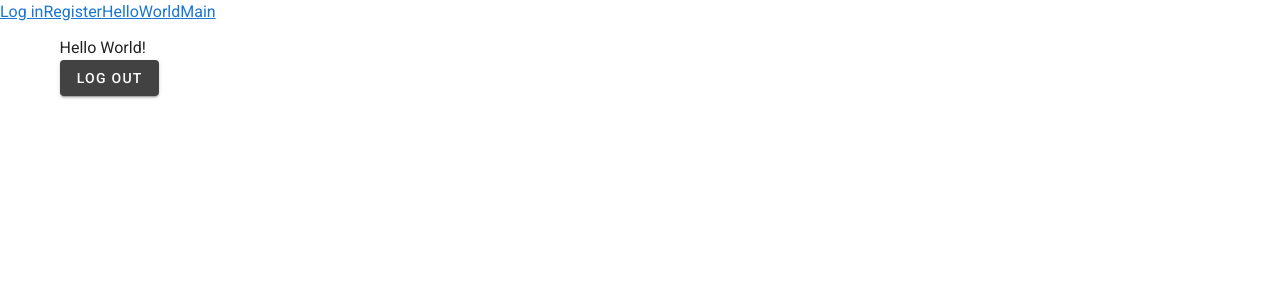
Repository: pao741/vue-todo
Page: /
These files come from the project's save history. The page is drawn as it stood at one moment and after the next save; the edit follows.
The browser window is 1280 px wide. The pictures show the whole page.
The page's requests for data from a server got no answer. The project was rebuilt for these pictures with package versions that can differ from the ones it lists, and the page was loaded fresh each time. No one was signed in, and anything a server would have sent is missing. Also part of the build but not shown: vue.config.js, src/components/Login.vue, src/components/Register.vue, src/components/HelloWorld.vue.

Above is the page before, as saved 2021-02-08 17:30:22.

### src/main.js
import Vue from 'vue';
// import Vuex from 'vuex';
// import VueRouter from 'vue-router';
import App from './App.vue';
import vuetify from './plugins/vuetify';
import firebase from 'firebase';
import router from './router';

import 'vuetify/dist/vuetify.min.css';

const firebaseConfig = {
  apiKey: 'AIzaSyDDoWONGwbdeV8-j0yTCmUjzBNPDUFN7Q8',
  authDomain: 'vue-todo-ae3e5.firebaseapp.com',
  projectId: 'vue-todo-ae3e5',
  storageBucket: 'vue-todo-ae3e5.appspot.com',
  messagingSenderId: '816401963007',
  appId: '1:816401963007:web:1f3f49cc385198e51af9ca',
  measurementId: 'G-G9PREJ9C9D',
};
// Initialize Firebase
firebase.initializeApp(firebaseConfig);
firebase.analytics();

Vue.config.productionTip = false;
// Vue.use(Vuex);

new Vue({
  vuetify,
  router,
  render: (h) => h(App),
}).$mount('#app');

### src/App.vue
<template>
  <v-app>
    <v-main>
      <div>
        <router-link to="Login">Log in</router-link>
        <router-link to="Register">Register</router-link>
        <router-link to="HelloWorld">HelloWorld</router-link>
        <router-link to="/">Main</router-link>
        <router-view />
      </div>
    </v-main>
  </v-app>
</template>

<script>
// import Login from "./components/Login";

export default {
  name: "App",

  components: {
    // Login
  },

  data: () => ({
    //
  })
};
</script>

### src/router/index.js
import Vue from 'vue';
import Router from 'vue-router';

import Login from '../components/Login';
import Main from '../components/Main';
import Register from '../components/Register';
import HelloWorld from '../components/HelloWorld';

Vue.use(Router);

export default new Router({
  routes: [
    {
      path: '/HelloWorld',
      name: 'HelloWorld',
      component: HelloWorld,
    },
    {
      path: '/',
      name: 'Main',
      component: Main,
    },
    {
      path: '/login',
      name: 'Login',
      component: Login,
    },
    {
      path: '/register',
      name: 'Register',
      component: Register,
    },
  ],
});

### src/components/Main.vue
<template>
  <v-content>
    <v-container>
      <div>Hello World!</div>
      <v-btn color="secondary" @click="$router.push('login')"> Log out</v-btn>
    </v-container>
  </v-content>
</template>

<script>
export default {
  //   name: "Log In"
};
</script>

Loaded but not shown: public/index.html (common file); src/plugins/vuetify.js (common file)

After the next save:
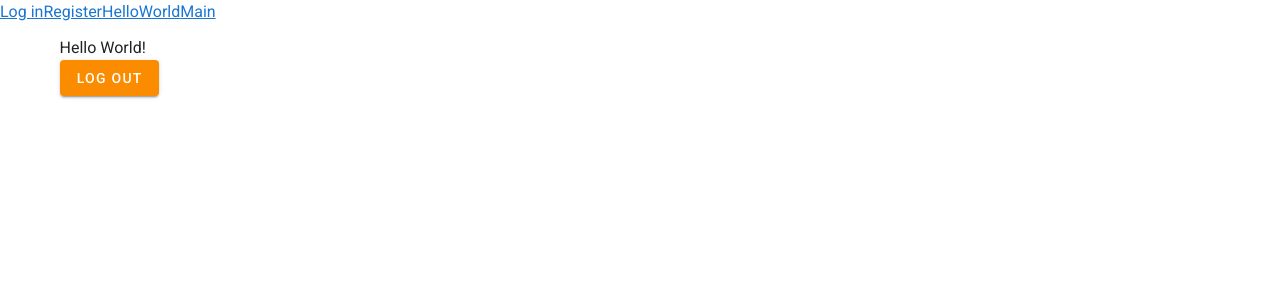
Saved 11 s later.
--- a/src/components/Main.vue
+++ b/src/components/Main.vue
@@ -2,7 +2,7 @@
   <v-content>
     <v-container>
       <div>Hello World!</div>
-      <v-btn color="secondary" @click="$router.push('login')"> Log out</v-btn>
+      <v-btn color="warning" @click="$router.push('login')"> Log out</v-btn>
     </v-container>
   </v-content>
 </template>
